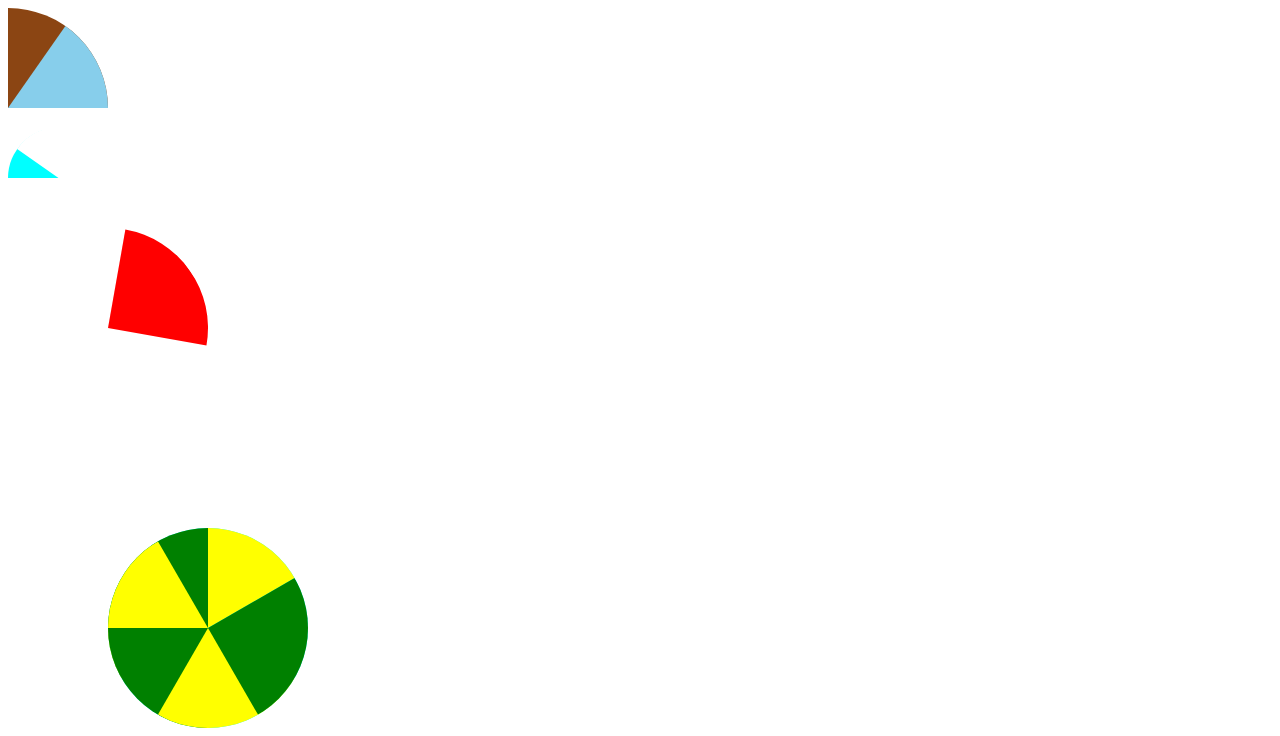
Repository: MMXiaohang/frontend-interview-coding
Page: 56.扇形.html
These files come from the project's save history. The page is drawn as it stood at one moment and after the next save; the edit follows.
The browser window is 1280 px wide. The pictures show the whole page.

Above is the page before, as saved 2022-08-14 10:58:33.

After the next save:
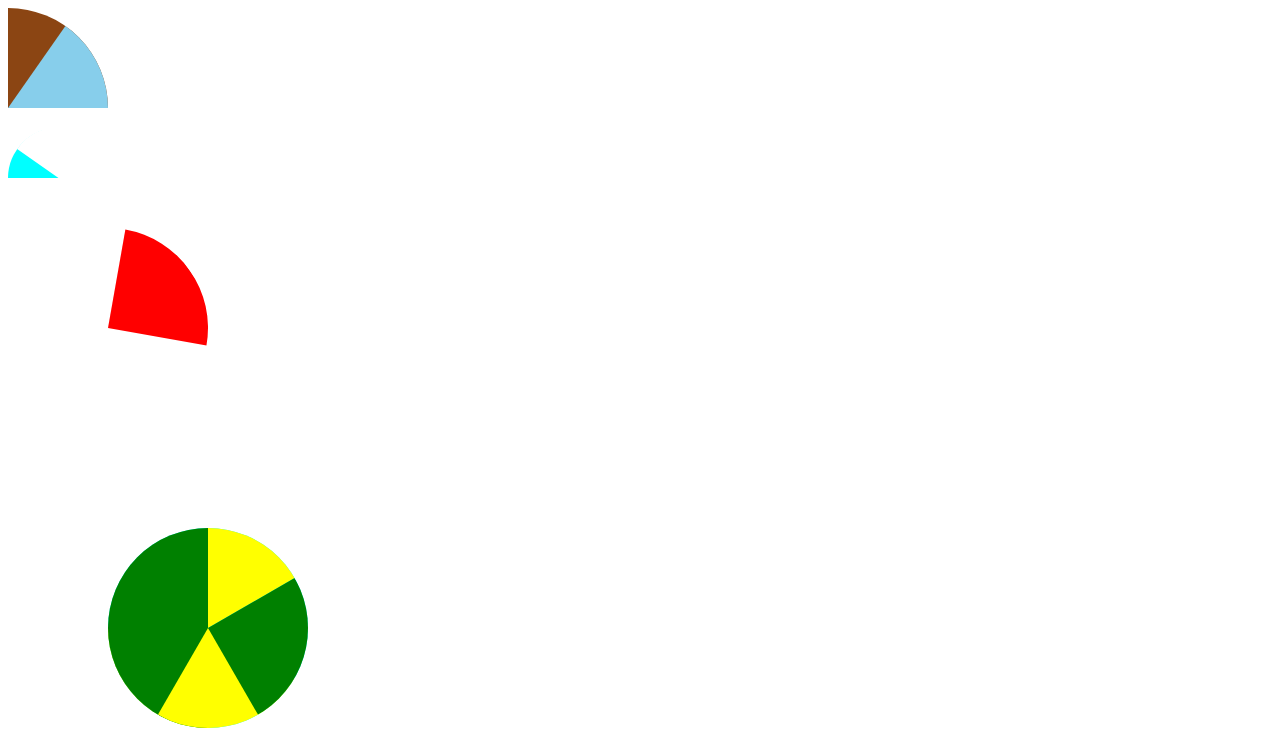
Saved 21 s later.
--- a/56.扇形.html
+++ b/56.扇形.html
@@ -102,7 +102,7 @@
         }
 
         .slice-three{
-            transform: rotate(-120deg);
+            transform: rotate(-180deg);
         }
         .slice-four{
             transform: rotate(-180deg);
